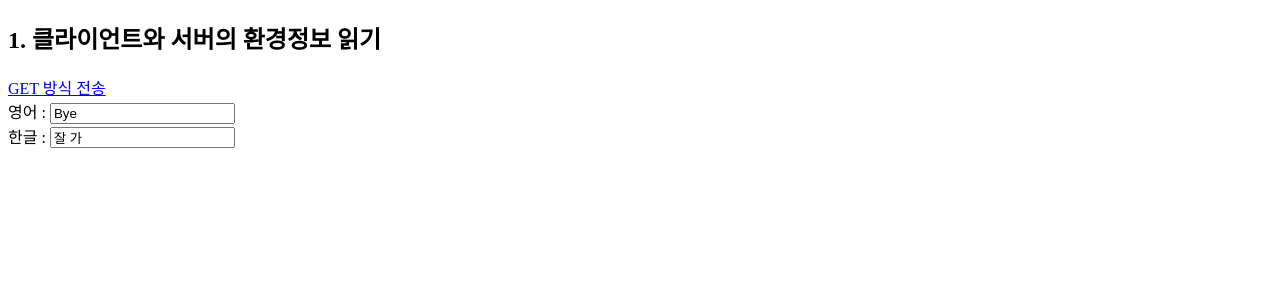
Repository: devgolol/JSP-_Servlet
Page: http://localhost/MustHaveJSP/02ImplicitObject/RequestMain.jsp
The author's editor kept a copy of each file at every save. The page is drawn from the files as they stood at one save, then again after a run of saves.
The browser window is 1280 px wide. The pictures show the whole page.
The page is served by Tomcat 10. Other server files are loaded and not shown.

Above is the page before, as saved 2025-05-02 05:41:44.

### MustHaveJSP/src/main/webapp/02ImplicitObject/RequestMain.jsp
<%@ page language="java" contentType="text/html; charset=UTF-8"
    pageEncoding="UTF-8"%>
<!DOCTYPE html>
<html>
<head>
<meta charset="UTF-8">
<title>내장 객체 - request</title>
</head>
<body>
	<h2>1. 클라이언트와 서버의 환경정보 읽기</h2>
	<a href = "./RequestWebInfo.jsp?eng=Hello&han=안녕">
	GET 방식 전송
	</a>
	<br/>
	<form action="RequestWebInfo.jsp" method="post">
		영어 : <input type="text" name= "eng" value="Bye"/><br/>
		한글 : <input type="text" name= "han" value="잘 가"/><br/>
	</form>
</body>
</html>

After the next 2 saves:
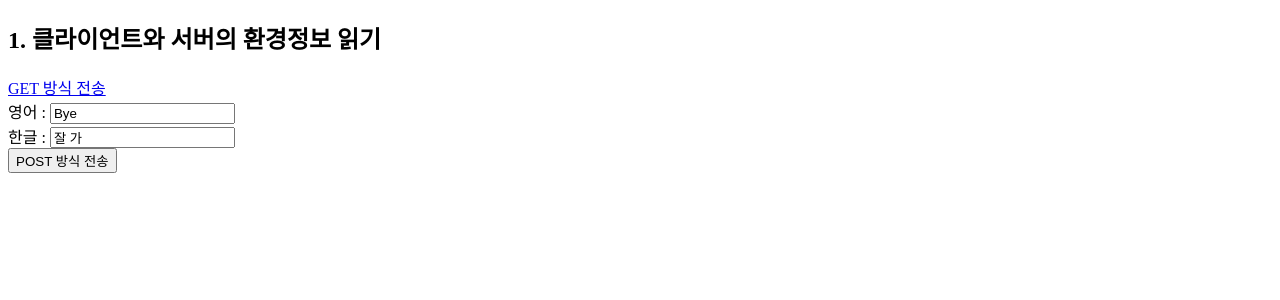
The 2 saves are shown as one change because they came seconds apart.
The last was saved 32 s later.
--- a/MustHaveJSP/src/main/webapp/02ImplicitObject/RequestMain.jsp
+++ b/MustHaveJSP/src/main/webapp/02ImplicitObject/RequestMain.jsp
@@ -15,6 +15,7 @@
 	<form action="RequestWebInfo.jsp" method="post">
 		영어 : <input type="text" name= "eng" value="Bye"/><br/>
 		한글 : <input type="text" name= "han" value="잘 가"/><br/>
+		<input type="submit" value="POST 방식 전송"/>
 	</form>
 </body>
 </html>
